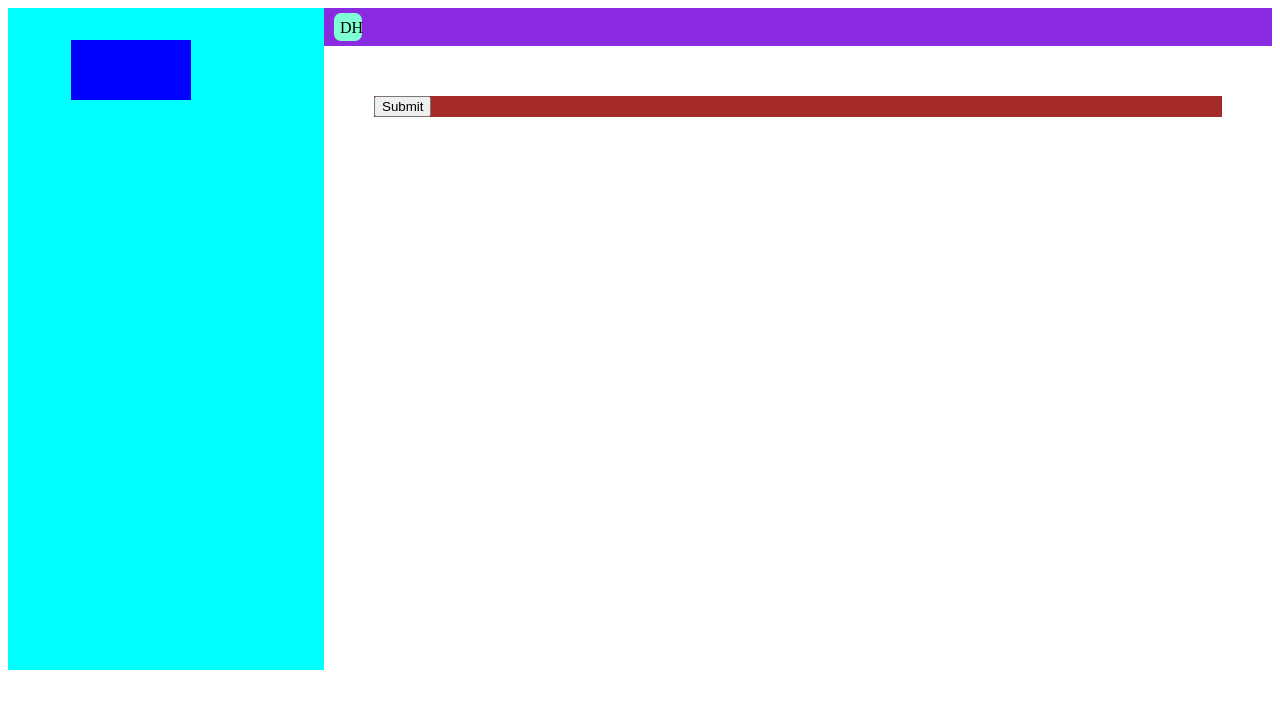
Repository: tr2cky/barrage
Page: index.html
The author's editor kept a copy of each file at every save. The page is drawn from the files as they stood at one save, then again after a run of saves.
The browser window is 1280 px wide. The pictures show the whole page.

Above is the page before, as saved 2022-10-03 13:45:02.

### index.html
<!DOCTYPE html>
<html lang="en">

<head>
    <meta charset="UTF-8">
    <meta http-equiv="X-UA-Compatible" content="IE=edge">
    <meta name="viewport" content="width=device-width, initial-scale=1.0">
    <link rel="stylesheet" href="style.css">
    <title>Document</title>
</head>

<body>
    <div class="container">
        <div class="side">
            <div class="box1"></div>
        </div>

        <main>
            <div class="header">
                <div class="boxheader">DH</div>
            </div>
            <article>
                <div class="article-container">
                    <div class="search"></div>
                    <button>Submit</button>
                </div>
            </article>
        </main>
    </div>
</body>

</html>

### style.css
.container {
    display: grid;
    grid-template-columns: 1fr 3fr;
}
.side {
    background-color: aqua;
    height: 92vh;
}
.box1 {
    background-color: blue;
    width: 80px;
    height: 20px;
    padding: 20px;
    margin-top: 10%;
    margin-left: 20%;
}
main {
    background-color: white;
    display: flex;
    flex-direction: column;
}
.header {
    background-color: blueviolet;
}
.boxheader {
    background-color: aquamarine;
    padding: 6px;
    width: 1em;
    height: 1em;
    margin: 5px 10px;
    border-radius: 25%;
}
main article {
    background-color: brown;
    margin: 50px;
    height: ;
}

After the next 3 saves:
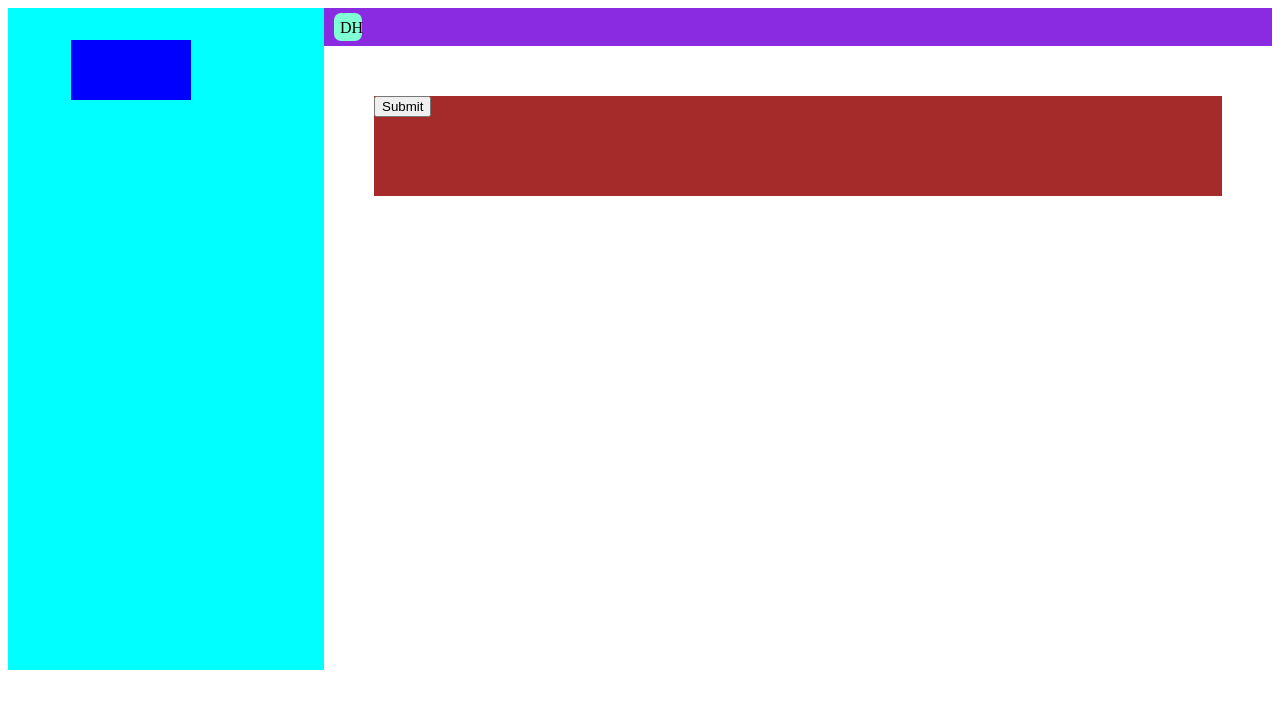
The 3 saves are shown as one change because they came seconds apart.
The last was saved 7 s later.
--- a/style.css
+++ b/style.css
@@ -33,5 +33,5 @@ main {
 main article {
     background-color: brown;
     margin: 50px;
-    height: ;
+    height: 100px;
 }
